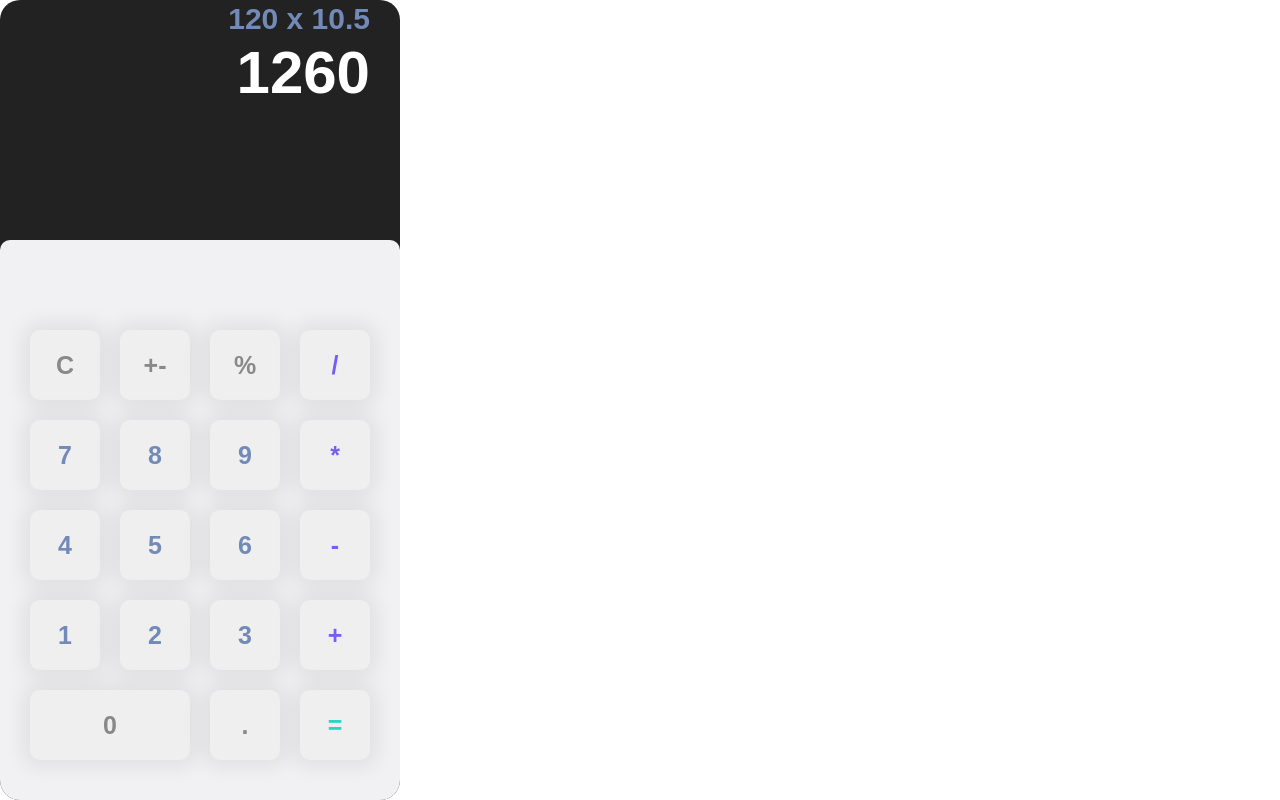
Repository: BrunoBross/calculator
Page: index.html
An editor plug-in stored every save of this project. The page is shown before and after a run of saves, followed by the edit.
The browser window is 1280 px wide. The pictures show the whole page.

Above is the page before, as saved 2021-11-30 23:19:59.

### index.html
<!DOCTYPE html>
<html lang="en">
<head>
  <meta charset="UTF-8">
  <meta http-equiv="X-UA-Compatible" content="IE=edge">
  <meta name="viewport" content="width=device-width, initial-scale=1.0">
  <title>Calculator</title>
  <link rel="stylesheet" href="./style.css">
</head>
<body>
  <main>
    <div class="calculator">
      <div class="view">
        <span id="history">120 x 10.5</span>
        <span id="result">1260</span>
      </div>
      <div class="buttons">
        <button class="extra" id="reset">C</button>
        <button class="extra" id="moreless">+-</button>
        <button class="extra" id="percent">%</button>
        <button class="operator" id="division">/</button>
        <button class="number" id="seven">7</button>
        <button class="number" id="eight">8</button>
        <button class="number" id="nine">9</button>
        <button class="operator" id="multiply">*</button>
        <button class="number" id="four">4</button>
        <button class="number" id="five">5</button>
        <button class="number" id="six">6</button>
        <button class="operator" id="less">-</button>
        <button class="number" id="one">1</button>
        <button class="number" id="two">2</button>
        <button class="number" id="three">3</button>
        <button class="operator" id="plus">+</button>
        <button class="extra" id="zero">0</button>
        <button class="extra" id="dot">.</button>
        <button class="equals" id="equals">=</button>
      </div>
    </div>

    <div class="small-square"></div>
    <div class="square"></div>
    <div class="small-circle"></div>
    <div class="circle"></div>
  </main>
</body>
<script src="./script.js"></script>
</html>

### style.css
*{
  padding: 0;
  margin: 0;
  font-family: Arial, Helvetica, sans-serif
}

.calculator{
  background-color: #232222;
  display: flex;
  flex-direction: column;
  width: 400px;
  height: 800px;
  border-radius: 20px;
}

.view{
  display: flex;
  flex-direction: column;
  align-items: flex-end;
  height: 200px;
}

.view > span{
  color: #FFF;
  font-size: 60px;
  font-weight: bold;
  margin-top: 2px;
  margin-right: 30px;
}

#history{
  font-size: 30px;
  color: #728AB7;
}

.buttons{
  margin-top: 55px;
  padding-top: 90px;
  padding-bottom: 40px;
  background-color: #F1F1F4;
  display: flex;
  justify-content: center;
  flex-wrap: wrap;
  gap: 20px;
  border-radius: 10px 10px 20px 20px;
}

.buttons > button{
  box-shadow: 0 0 20px 8px #00000011;
  border: none;
  height: 70px;
  width: 70px;
  border-radius: 10px;
  cursor: pointer;
  transition: 0.3s;
  font-size: 25px;
  font-weight: bold;
}

.buttons > button:hover{
  filter: brightness(0.7);
}

#zero{
  width: 160px;
}

.number{
  color: #728AB7;
}

.operator{
  color: #745FF2;
}

.equals{
  color: #2DD3C5;
}

.extra{
  color: #898989;
}

Loaded but not shown: script.js (no copy from this time; the picture is the same without it)

After the next 5 saves:
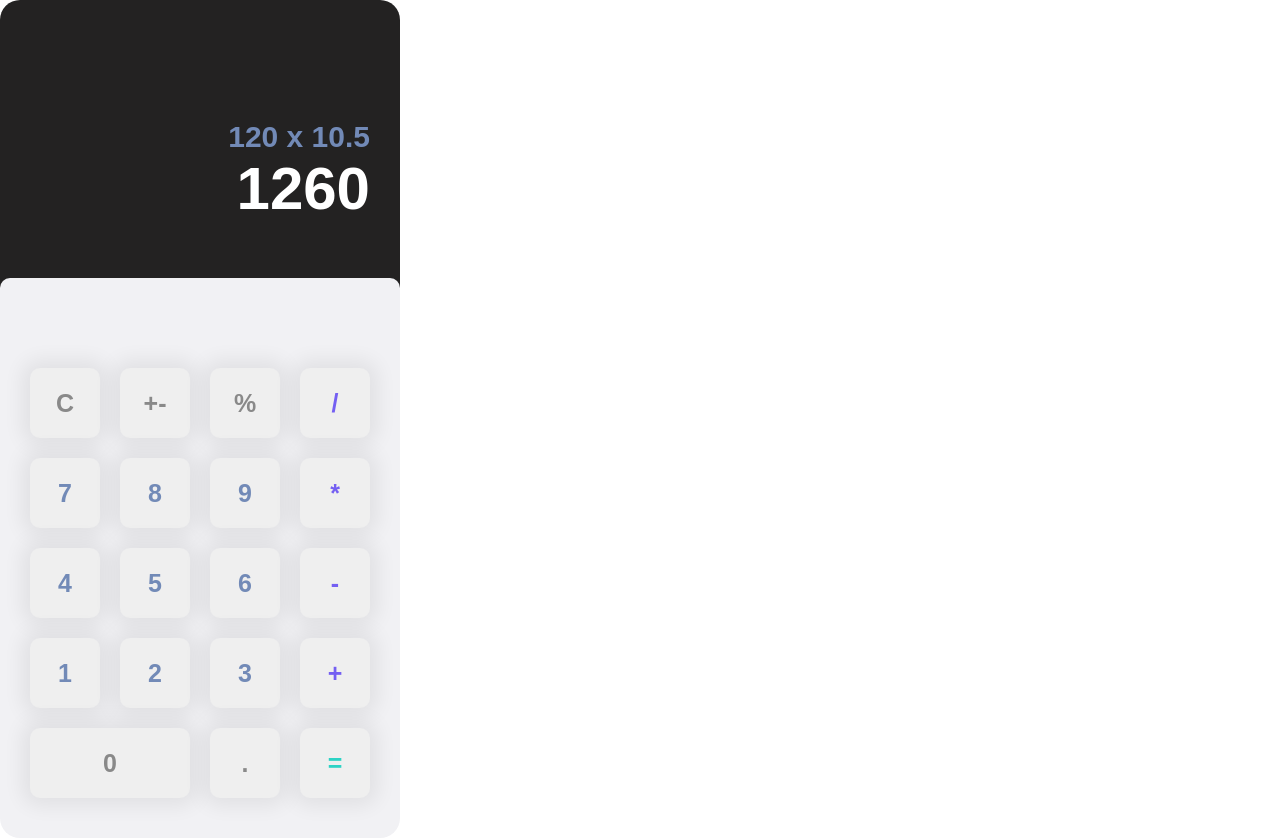
The 5 saves are shown as one change because they came seconds apart.
The last was saved 23 s later.
--- a/style.css
+++ b/style.css
@@ -18,14 +18,14 @@
   flex-direction: column;
   align-items: flex-end;
   height: 200px;
+  margin-top: 120px;
+  margin-right: 30px;
 }
 
 .view > span{
   color: #FFF;
   font-size: 60px;
   font-weight: bold;
-  margin-top: 2px;
-  margin-right: 30px;
 }
 
 #history{
